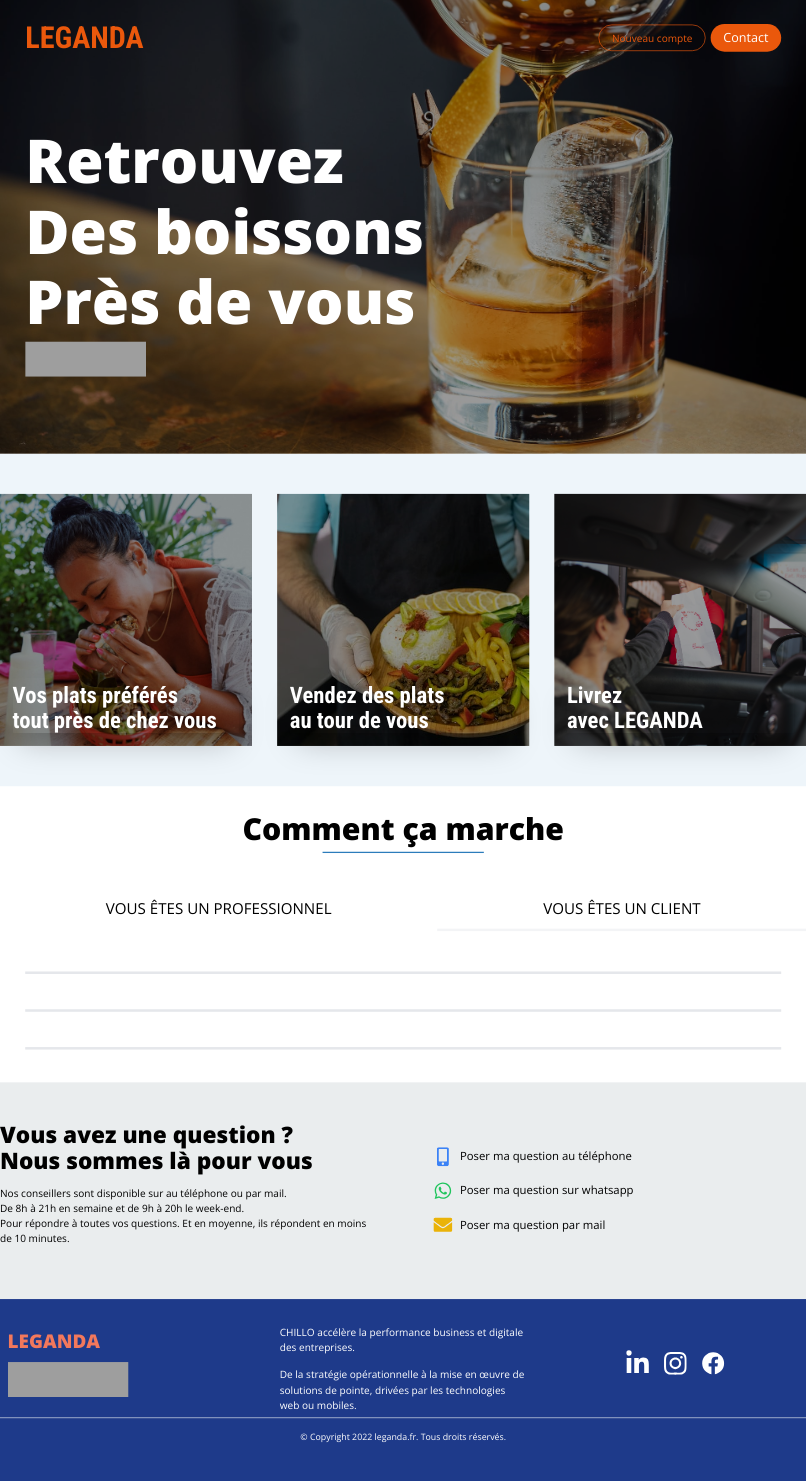
Repository: chillo-tech/website-leganda
Page: /
The author's editor kept a copy of each file at every save. The page is drawn from the files as they stood at one save, then again after the next save.
The browser window is 1280 px wide. The pictures show the whole page, at 63% of full size.
Pictures or frames that could not be fetched are drawn as grey boxes. The project was rebuilt for these pictures with package versions that can differ from the ones it lists, and the page was loaded fresh each time. Some packages were replaced by stand-ins written for this rebuild. The framework's server and built-in components were replaced by stand-ins that run in the browser. Also part of the build but not shown: next.config.js, components/header/items/SearchBar.tsx.

Above is the page before, as saved 2023-02-09 15:07:47.

### pages/_document.tsx
import { Html, Head, Main, NextScript } from 'next/document'
import Footer from '../components/footer/Footer';

export default function Document() {
	return (
		<Html className="scroll-smooth">
			<Head>
        <link rel="preconnect" href="https://fonts.googleapis.com"/>
        <link rel="preconnect" href="https://fonts.gstatic.com"/>
        <link href="https://fonts.googleapis.com/css2?family=Open+Sans:ital,wght@0,300;0,800;1,800&family=Roboto&family=Roboto+Condensed:wght@700&display=swap" rel="stylesheet"/>
        <link rel="icon" href="/favicon.ico" />
			</Head>
			<body className='flex flex-col h-screen justify-between'>
				<Main />
				<NextScript />
				<Footer />
        <script defer type="text/javascript" src="https://maps.googleapis.com/maps/api/js?key=AIzaSyBoBBvzxlRlkbfYzZcHp8ALOwBk3YjfB-I&libraries=places" />
			</body>
		</Html>
	)
}

### styles/globals.css
@tailwind base;
@tailwind components;
@tailwind utilities;
body {
  font-family: 'Open Sans', 'Roboto', sans-serif;
}
.title {
  font-family: 'Roboto Condensed', sans-serif;
}
@layer base {
  [type="text"],
  [type="email"],
  [type="url"],
  [type="password"],
  [type="number"],
  [type="date"],
  [type="datetime-local"],
  [type="month"],
  [type="search"],
  [type="tel"],
  [type="time"],
  [type="week"],
  [multiple],
  textarea,
  select {
    @apply w-full border-gray-300 rounded-lg shadow-sm focus:border-blue-500 focus:ring-blue-500;
  }
  [type="checkbox"],
  [type="radio"] {
    @apply border-gray-300 rounded text-blue-600 focus:ring-blue-500;
  }
}

.bg-site-blue {
    background-color: #86aec0;
    color: #000000;
}

.bg-site-orange {
    background-color: #f6ac9f;
}

.color-site-blue {
   color: #86aec0;
}

.color-site-orange {
    color: #f2785c;
}

.home-page-article {
  min-height: 400px;
}

### context/search-context-provider.tsx
import { SearchParams } from '../types';
import { Context,createContext, useMemo, useReducer, useCallback } from 'react'
import SearchReducer from './SearchReducer';
import { Param } from '../types/Param';
import { INITIAL_STATE, UPDATE_SEARCH_CRITERIA } from '../utils';
import { SearchContextData } from '../types/SerchContextData';
type Props = {
  children: JSX.Element,
};
export const SearchContext = createContext<SearchContextData>({state: INITIAL_STATE});
function SearchContextProvider({children}: Props) {
  const [state, dispatch] = useReducer(SearchReducer, INITIAL_STATE);

  const update = useCallback(
    (data: Param) =>
      dispatch({
        type: UPDATE_SEARCH_CRITERIA,
        data
      }),
    [],
  );
  const value = useMemo(
    () => ({state, update }),
    [state,update],
  );
  return (
    <SearchContext.Provider value={value}>
      {children}
    </SearchContext.Provider>
  )
}

export default SearchContextProvider;

### components/footer/Footer.tsx

import React from 'react';
import { FaFacebook, FaInstagram, FaLinkedinIn } from 'react-icons/fa';
import Link from 'next/link'
import { cn, STORES } from '../../utils';
import Image from 'next/image';
function Footer() {
	return (
			<footer className="bg bg-blue-900 text-white pb-10 pt-10 font-extralight flex flex-col" id="a-propos-de-nous">
				<div className="container mx-auto px-3">
					<div className="grid grid-cols-1 gap-10 md:grid-cols-3 md:p-0 items-center">
						<div className="presentation">
              <Link href='/' className='mb-5 color-site-orange uppercase font-extrabold text-3xl'>LEGANDA
              </Link>
              <p className="flex py-4 items-center justify-center md:justify-start">
                {STORES.filter((item: any) => item.active).map((item: any, index: number) => (
                    <Link
                        href="#"
                        target="_blank"
                        key={`liens-${index}`}
                        className="block items-center py-2 w-48 h-14 relative">
                      <Image
                          fill={true}
                          src={`/images/${item.image}`}
                          alt={item?.label}
                      />
                    </Link>
                ))}
              </p>
						</div>
						<div className="presentation">
							<p className='mb-5'>CHILLO accélère la performance business et digitale des entreprises. </p>
							<p>De la stratégie opérationnelle
								à la mise en œuvre de solutions de pointe, drivées par les technologies web ou mobiles.</p>
						</div>
						<div className="presentation flex flex-col items-center justify-center">
							<div className='px-10 flex items-center justify-between text-center'>
								<FaLinkedinIn color='text-slate-300' className='px-3 text-6xl'/>
								<FaInstagram className='px-3 text-6xl'/>
								<FaFacebook className='px-3 text-6xl'/>
							</div>
							<div className='py-2'>

							</div>
						</div>
					</div>
				</div>
				<div className="copyright border-top-1 mt-2 font-light">
					<div className="container py-5 text-sm mx-auto text-center border-solid border-t border-slate-200">
						&copy; Copyright {(new Date()).getFullYear()} leganda.fr. Tous droits réservés.
					</div>
				</div>
			</footer>

	);
}

export default Footer;

### components/questions/Questions.tsx
import Link from 'next/link'
import React from 'react'
import { FaEnvelope, FaMobileAlt, FaWhatsapp } from 'react-icons/fa'

function Questions() {
  return (
    <section className='py-16 bg-app-light-green'>
        <div className="container grid md:grid-cols-2 md:gap-24 items-center px-3 md:px-0">
          <article>
            <h2 className='md:text-4xl text-3xl font-semibold text-black'>
              <p className='p-0 m-0'>Vous avez une question ?</p>
              <p className='p-0 m-0'>Nous sommes là pour vous</p>
            </h2>
            <div className='py-5'>
              <p className='p-0 m-0'>Nos conseillers sont disponible sur au téléphone ou par mail.</p>
              <p className='p-0 m-0'>De 8h à 21h en semaine et de 9h à 20h le week-end.</p>
              <p className='p-0 m-0'>Pour répondre à toutes vos questions. Et en moyenne, ils répondent en moins de 10 minutes.</p>
            </div>
          </article>
          <article>
              <Link href="tel:0033761705745" className='py-3 text-lg flex'>
                  <FaMobileAlt className='text-3xl text-blue-500 mr-3' /> Poser ma question au téléphone
              </Link>
              <Link href="whatsapp:0033761705745" className='py-3 text-lg flex'>
                  <FaWhatsapp className='text-3xl text-green-500 mr-3' /> Poser ma question sur whatsapp
              </Link>
              <Link href="mailto:armelle.leganda@gmail.com" className='py-3 text-lg flex'>
                  <FaEnvelope className='text-3xl text-yellow-500 mr-3' /> Poser ma question par mail
              </Link>
          </article>
        </div>
    </section>
  )
}

export default Questions

### components/header/Header.tsx
import { faPhone, faUser } from '@fortawesome/free-solid-svg-icons'
import { FontAwesomeIcon } from '@fortawesome/react-fontawesome'
import Link from 'next/link'
import React from 'react'
import SearchBar from './items/SearchBar'

function Header({withSearchBar = true}: {withSearchBar?: boolean}) {
  return (
    <header className="container py-4">
       <nav className='flex justify-between items-center'>
        <Link href="/" className='text-orange-600 uppercase title text-5xl'>LEGANDA
        </Link>
        {withSearchBar ? <SearchBar /> : null }
        <ul className='md:flex justify-between items-center hidden'>
          <li>
            <Link href="/" className='border border-orange-600 rounded-3xl px-5 py-2 text-orange-600 flex justify-between items-center'>
                <FontAwesomeIcon icon={faUser} className="hidden border-none text-xs mr-2" size='xs' />
                Nouveau compte
            </Link>
          </li>
          <li  className='ml-2'>
          <Link href="/" className='bg-orange-600 rounded-3xl text-xl px-5 font-medium py-2 flex text-white'>
              <FontAwesomeIcon icon={faPhone} className="hidden border-none mr-2"/>
              Contact
          </Link>
          </li>
        </ul>
      </nav>
    </header>
  )
}

export default Header

### utils/index.ts
export * from './clear-string';
export * from './DateFormat';
export * from './isValidPhoneNumber';
export * from './isValidEmail';
export * from './Endpoints';
export * from './Data';
export * from './request-options';

### components/tabs/index.tsx
import classNames from 'classnames';
import React, { useState } from 'react'
import RenderHtmlContent from '../shared/RenderHtmlContent';
import SectionTitle from '../shared/SectionTitle';

function Tabs({items}: any) {
  const [activeTab, setActiveTab] = useState("tab-0");
  const handleClick = ({target: {id}}: any) => {
    setActiveTab(id);
  }
  return (
    <section className='container px-3 md:px-0 py-10'>
      <SectionTitle text='Comment ça marche' />
      <ul className='flex justtify-center items-center'>
        {items.map((item: any, index: number) => (
          <li key={`tab-${index}`} className={
              classNames(
                'grow border-b-4 py-2',
                { 'bg-white border-white': activeTab === `tab-${index}` },
                { 'bg-white border-gray-100 bg-gray-100': activeTab !== `tab-${index}` }
                )
              }>
            <button id={`tab-${index}`} type='button' className='uppercase w-full py-2 text-lg md:text-2xl' onClick={handleClick}>{item.label}</button>
          </li>
        ))}
      </ul>
      {items.map((item: any, index: number) => (
          <section key={`tab-${index}`} className={
              classNames(
                'grow border-b-4 py-2 px-10',
                { 'bg-white border-white block': activeTab === `tab-${index}` },
                { 'hidden': activeTab !== `tab-${index}` }
                )
              }>
             {item.infos.map((info: any, index: number) => (
              <article key={`info-${index}`} className={classNames('grow border-b-4 py-2')}>
                <h3 className='pb-10 font-bold text-2xl'>{info.label}</h3>
                <RenderHtmlContent content={info.text} classes="text-lg"/>
              </article>
            ))}
          </section>
        ))}
    </section>
  )
}

export default Tabs

### utils/how-it-works.ts
const HOW_IT_WORKS: any = [
  {
    "label": "Vous êtes un professionnel",
    "infos": [
      {
        "title": "Publiez votre annonce",
        "description": "Présentez simplement votre produit. C'est plus pratique pour tout le monde !"
      },
      {
        "title": "Les utilisateurs vous contactent",
        "description": "Lorsqu'un utilisateur consulte votre annonce, il vous contacte directement"
      },
      {
        "title": "Entendez vous sur la logistique",
        "description": "Lorsqu'un utilisateur vous contacte, convenez du moyen le plus simple pour recevoir le service et payer"
      }
    ]
  },
  {
    "label": "Vous êtes un client",
    "infos": [
      {
        "title": "Recherchez un produit",
        "description": "Pour trouver un produit, il vous suffit de le rechercher dans les annonces publiées!"
      },
      {
        "title": "Contactez directement le professionnel",
        "description": "Quand vous avez trouvé le produit qui vous convient, contactez directement le professionnel"
      },
      {
        "title": "Entendez vous sur la logistique",
        "description": "Lorsque vous contactez un professionnel, convenez du moyen le plus simple pour recevoir le service et payer"
      }
    ]
  }
]

export {HOW_IT_WORKS}

### context/SearchReducer.ts
import { UPDATE_SEARCH_CRITERIA } from './../utils/Data';
import { Action } from './../types/Action';
import { SearchParams } from "../types";

function SearchReducer (state: SearchParams, action: Action){
  switch(action.type){
    case UPDATE_SEARCH_CRITERIA: {
        return {
          ...state,
          [action.data.key]: action.data.value
        }
    }
  }
  return state;
}

export default SearchReducer;

### utils/clear-string.ts
export const cleanString = (entry: string) => {
	return entry ? entry.replace(/^[\s\uFEFF\xA0]+|[\s\uFEFF\xA0]+$/g, '') : '';
}

### utils/DateFormat.ts
export const getFormattedDate = (entry: Date) => {
	const year = entry.getFullYear();
	const month = `0${entry.getMonth() + 1}`.slice(-2);
	const day = `0${entry.getDate()}`.slice(-2);
	return `${day}/${month}/${year}`;
};

export const getFormattedTime = (entry: Date) => {
	const hours = `0${entry.getHours()}`.slice(-2);
	const minutes = `0${entry.getMinutes()}`.slice(-2);
	return `${hours}:${minutes}`;
};

const getWeekNumber = (entry: Date) => {
	// Copy date so don't modify original
	const date = new Date(Date.UTC(entry.getFullYear(), entry.getMonth(), entry.getDate()));
	// Set to nearest Thursday: current date + 4 - current day number
	// Make Sunday's day number 7
	date.setUTCDate(date.getUTCDate() + 4 - (date.getUTCDay() || 7));
	// Get first day of year
	const yearStart = new Date(Date.UTC(date.getUTCFullYear(), 0, 1));
	// Calculate full weeks to nearest Thursday
	return Math.ceil((((Number(date) - Number(yearStart)) / 86400000) + 1) / 7);
	// Return array of year and week number

}

export const getDayAndMonthLabel = (entry: Date) => {
	const days = ['Dimanche', 'Lundi', 'Mardi', 'Mercredi', 'Jeudi', 'Vendredi', 'Samedi'];
	const months = ["Jan.", "Fev.", "Mars", "Avr.", "MaI", "Juin",
		"Jul.", "Août", "Sep.", "Oct.", "Nov.", "Dec."
	];
	return [days[entry.getDay()], months[entry.getMonth()]];
}

export const getDisplayedDate = (entry: string = "") => {
	if (!entry.trim().length) {
		return entry;
	}
	const adWeekNo = getWeekNumber(new Date(entry));
	const todayWeekNo = getWeekNumber(new Date());
	if ((adWeekNo - todayWeekNo) > 1) {
		const [dayOfDate, month, year] = getFormattedDate(new Date(entry)).split('/');
		const [dayOfWeekLabel, monthLabel] = getDayAndMonthLabel(new Date(entry));
		return `${dayOfWeekLabel}, ${dayOfDate} ${monthLabel}`;
	} else {
		const [dayOfWeekLabel] = getDayAndMonthLabel(new Date(entry));
		return dayOfWeekLabel;
	}
};

### utils/isValidPhoneNumber.ts
export const isValidPhoneNumber = (value: string) => {
	const PHONE_REGEXP = /^0[6|7]\d{8}$/
	return PHONE_REGEXP.test(value);
}

### utils/isValidEmail.ts
export const isValidEmail = (value: string) => {
	const EMAIL_REGEXP = /^\S+@\S+\.\S+$/;
	return value.trim().length ? EMAIL_REGEXP.test(value) : true;
}

### utils/Endpoints.ts
export const LOCAL_DNS = 'http://192.168.111.244:9090';//verifier ipconfig avant d'exécuter
export const PROD_DNS = "https://api.leganda.chillo.fr";
export const IMAGES_URL = `${PROD_DNS}/assets`;
export const BACKOFFICE_URL = `${PROD_DNS}/api/v1`;
export const ADS_ENDPOINT = "ad";
export const FAVORITE_ENDPOINT = "favorite";
export const ACCOUNT_ENDPOINT = "account";
export const ADDRESS_ENDPOINT = "address";
export const CATEGORY_ENDPOINT = "category";
export const GOOGLE_PACES_API_BASE_URL = 'https://maps.googleapis.com/maps/api/place';
export const GOOGLE_PACES_API_KEY = 'AIzaSyBoBBvzxlRlkbfYzZcHp8ALOwBk3YjfB-I';
export const MAP_ZOOM = 10;
export const GOOGLE_PACES_CENTER_COORDINATES = {lat: 48.117266,lng: -1.677793};

### utils/Data.ts
import {EMAIL, PHONE} from "./providers";
export const CATEGORY_BGCOLORS = [ "#BCA1F2", "#BCDDE4", "#CFEACB", "#F4E169"];
export const PLUS_FAVORITES_UPDATED = "Super cette annonce a été ajoutée à vos favoris";
export const REMOVE_FAVORITES_UPDATED = "Cette annonce a été retirée de vos favoris";
export const AUTHENTICATED_USER = "authenticatedUser";
export const MAPBOX_ACCESSTOKEN = "pk.eyJ1IjoiYWNoaWxsZW1ib3VndWVuZyIsImEiOiJja3Zvd3EzcmswaThkMnZrZ25iYmtveDBhIn0.pDR7pKL18d3iz5NoaRmWYg";
export const RESET_AD = "RESET_AD";
export const DELETE_KEY = "DELETE_KEY";
export const SET_NUMBER_OF_CHILDREN = "SET_NUMBER_OF_CHILDREN";
export const SET_ADS = "SET_ADS";
export const SET_CATS = "SET_CATS";
export const SET_CAT = "SET_CAT";
export const SET_AD = "SET_AD";
export const SET_SELECTED_ITEM_ID = "SET_SELECTED_ITEM_ID";
export const SET_STEP_INDEX = "SET_STEP_INDEX";
export const UPDATE_AD = "UPDATE_AD";
export const UPDATE_SEARCH_CRITERIA = "UPDATE_SEARCH_CRITERIA";
export const UPDATE_USER_INFOS = "UPDATE_USER_INFOS";
export const USER_TOKEN = "USER_TOKEN";
export const SIGN_IN = 'SIGN_IN';
export const SIGN_OUT = 'SIGN_OUT';
export const SIGN_UP = 'SIGN_UP';
export const RECOMMEND_TEXT = "Bonjour, j'ai découvert cette application qui a de belles annonces. Je te la recommande";
export const RESTORE_TOKEN = "RESTORE_TOKEN";
export const AD_PLACEHOLDER = ["Taro du dimanche", "20kg à destination de Yaoundé", "Carton de Guinness", "Stage de developpeur"];
export const STORES = [
	{
		image: 'google-app-store-badge.svg',
		active: true,
		path: '#',
		label: 'LEGANDA sur PLAY STORE'
	},
	{
		image: 'apple-app-store-badge.svg',
		active: false,
		path: '#',
		label: 'LEGANDA sur APPLE STORE'
	}
]
export const HEADERS_ITEMS = [
	{
		image: '/images/food.jpeg',
		active: true,
		label: 'Des mets'
	},
	{
		image: '/images/drinks.jpeg',
		active: false,
		label: 'Des boissons'
	},
	{
		image: '/images/spices.jpeg',
		active: false,
		label: 'Des épices'
	},
	{
		image: '/images/service.jpeg',
		active: false,
		label: 'Des services'
	}
]
export const INITIAL_STATE = {
		address: {city: ''}
}

export const HELP_LINK = {
	whatsapp: `whatsapp://send?text=&phone=${PHONE}`,
	sms: `sms:${PHONE}`,
	mail: `mailto:${EMAIL}`,
	phone: `tel:${PHONE}`
}

export const SHARE_LINK = {
	whatsapp: `whatsapp://send?text=`,
	sms: `sms:body=`,
	mail: `mailto:${EMAIL}`,
	phone: `tel:${PHONE}`
}

export const MORESCREEN_DATA = [
	{
		id: 'recommendations',
		title: "Recommandations",
		items: [
			{
				id: '587',
				icon: 'thumbs-up',
				name: 'sms',
				action: 'recommend',
				title: 'Recommandez notre application',
			},
			{
				id: '588',
				icon: 'facebook',
				name: 'facebook',
				action: 'recommend',
				title: 'Aimez notre page facebook',
			},
			{
				id: '589',
				icon: 'thumbs-up',
				name: 'like',
				action: 'recommend',
				title: 'Notez nous sur le store',
			}
		]
	},
	{
		id: 'assistance',
		title: "assistance",
		items: [
			{
				id: '386',
				icon: 'whatsapp',
				name: 'whatsapp',
				action: 'help',
				title: 'Posez votre question via whatsapp',
			},
			{
				id: '387',
				icon: 'sms',
				name: 'sms',
				action: 'help',
				title: 'Posez votre question  par sms',
			},
			{
				id: '389',
				name: 'mail',
				action: 'help',
				icon: 'envelope',
				title: 'Envoyez nous un mail',
			},
			{
				id: '388',
				icon: 'phone-alt',
				name: 'phone',
				action: 'help',
				title: 'Appelez nous',
			}
		]
	}
]

export const loaderProp =({ src }: {src: string}) => {
  console.log('====================================');
  console.log(src);
  console.log('====================================');
  return src;
}
export const cn = (...classes: string[]) =>{
  return classes.filter(Boolean).join(' ')
}

### utils/request-options.ts
export const getHeaders = () => ({
	'X-Requested-With': 'XMLHttpRequest',
	'Content-Type': 'application/x-www-form-urlencode',
	Accept: "application/json"
});

### components/shared/RenderHtmlContent.tsx
import classNames from 'classnames'
import React from 'react'

function RenderHtmlContent({content, classes}:any) {
  return (
    <div
     className={classNames('html-text [&>p]:whitespace-normal">', classes)}
      dangerouslySetInnerHTML={{
        __html: content,
      }}/>
  )
}

export default RenderHtmlContent

### components/shared/SectionTitle.tsx
import React from 'react'

function SectionTitle( {text, underline = true}: {underline?: boolean, text: string}) {
  return (
    <h2 className="flex flex-col items-center justify-center md:mb-14 mb-4">
      <span className='px-10 py-1 text-center font-bold text-2xl md:text-5xl'>
        {text}
      </span>
      { underline ? (<span className='border-b-2 border-app-blue px-10 w-64 mt-2'/>) : null }
    </h2>
  )
}

export default SectionTitle

### utils/providers.ts


export const PHONE = "+33761705745";
export const EMAIL = "achille.mbougueng@yahoo.fr";

export const OPENCAGE_GEOCODE_API = "https://api.opencagedata.com/geocode/v1/json";
export const OPENCAGE_API_KEY = "2dd86530d37b4cf3a321d24e6c624a40";

export const MAPBOX_API_KEY = "pk.eyJ1IjoiYWNoaWxsZW1ib3VndWVuZyIsImEiOiJja3Zvd3EzcmswaThkMnZrZ25iYmtveDBhIn0.pDR7pKL18d3iz5NoaRmWYg";
export const MAPBOX_PLACES = "https://api.mapbox.com/geocoding/v5/mapbox.places";

Loaded but not shown: pages/_app.tsx (common file); tailwind.config.js (38 lines, source omitted); pages/index.tsx (146 lines, source omitted)

After the next save:
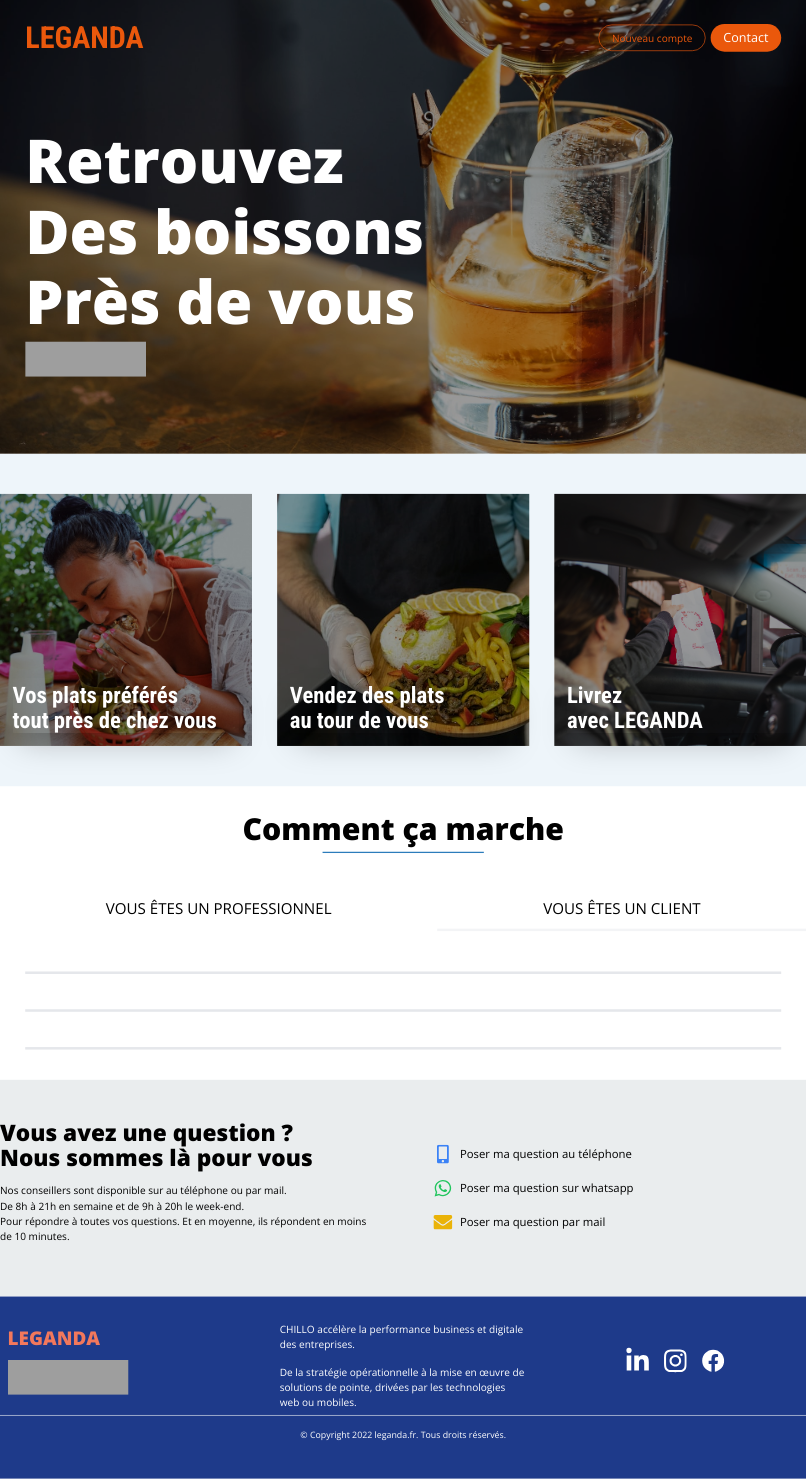
Saved 52 s later.
--- a/components/tabs/index.tsx
+++ b/components/tabs/index.tsx
@@ -27,7 +27,7 @@
       {items.map((item: any, index: number) => (
           <section key={`tab-${index}`} className={
               classNames(
-                'grow border-b-4 py-2 px-10',
+                'py-2 px-10',
                 { 'bg-white border-white block': activeTab === `tab-${index}` },
                 { 'hidden': activeTab !== `tab-${index}` }
                 )
